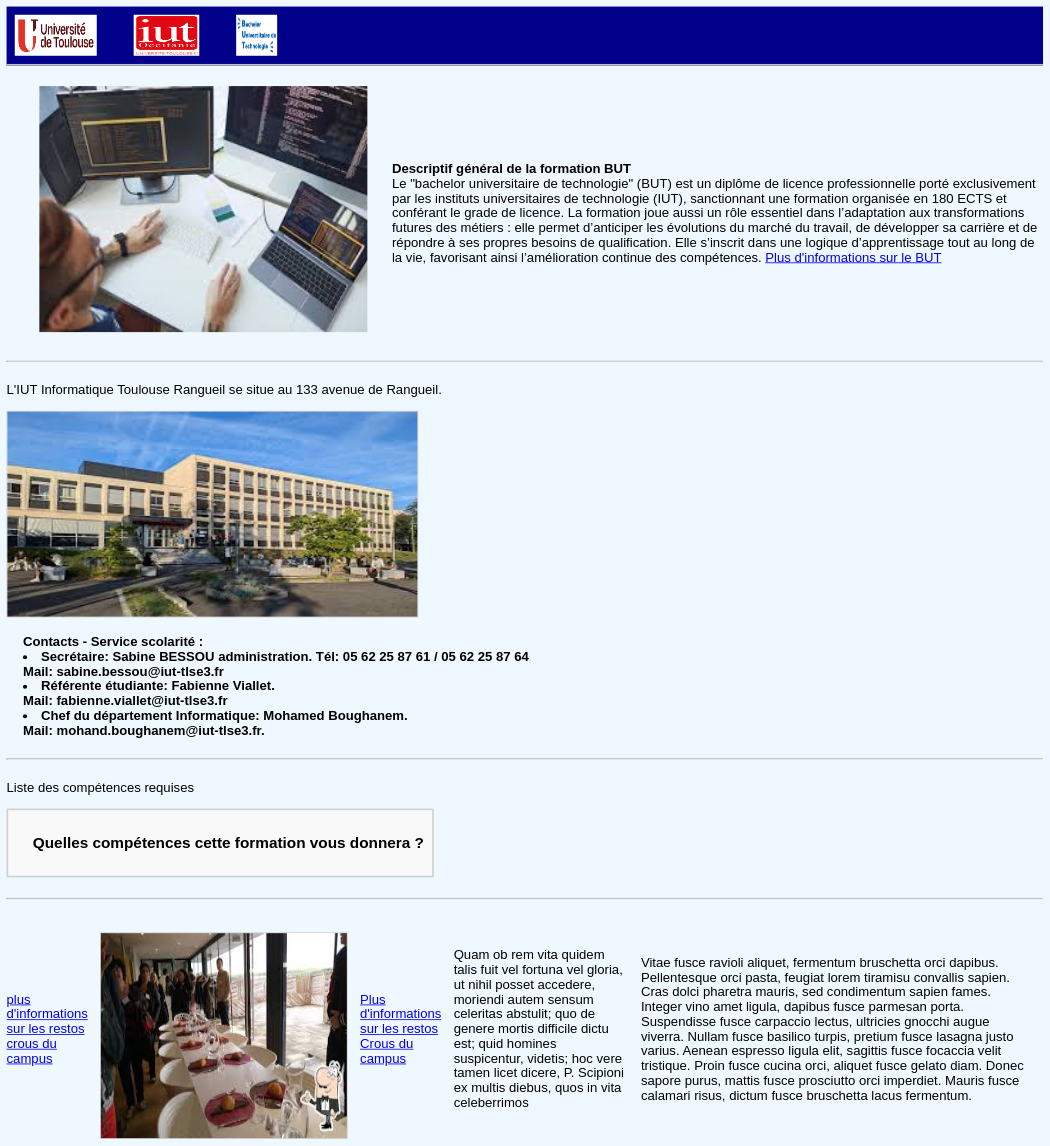
Repository: s0yManar/projet-web-R102
Page: MON.PROJET.HTML&CSS/page.accueil.html
The author's editor kept a copy of each file at every save. The page is drawn from the files as they stood at one save, then again after the next save.
The browser window is 1280 px wide. The pictures show the whole page, at 82% of full size.

Above is the page before, as saved 2025-11-24 12:46:55.

### MON.PROJET.HTML&CSS/page.accueil.html
<!DOCTYPE html>
<html lang= "fr">


<head>
    <meta charset="UTF-8">
    <meta name = "viewport" content="width-device-witch" initial scale=" 1.0">
    <link rel="stylesheet" href="page-accueil.css">
    <title> Accueil</title>
</head>

<body>
    <header id="header">
        <img src="logo-université.jpg" alt="Université de Toulouse" width="100" height="50">
        <img src="logo-IUT.jpg" alt="Logo de l'IUT de Toulouse" width="80" height="50">
        <img src="logo-but.jpg" alt="logo du BUT" width="50" height="50">
    </header>

    <!--  section reservée à la Historique du BUT: une image sur le BUT à gauche
      et du texte conçu sur le BUT avec un lien vers une source wikipédia  -->

      <div id="descriptif_BUT">
        <div id="descriptif_BUT_img">
            <img src="illustratif.jpg" alt="Image diplome BUT" width="400" height="300">
         </div>

    <p> <strong> Descriptif général de la formation BUT </strong>  <br>
        Le "bachelor universitaire de technologie" (BUT) est un diplôme de licence professionnelle porté exclusivement par les instituts universitaires de technologie (IUT), sanctionnant une formation organisée en 180 ECTS et conférant le grade de licence. La formation joue aussi un rôle essentiel dans l’adaptation aux transformations futures des métiers : elle permet d’anticiper les évolutions du marché du travail, de développer sa carrière et de répondre à ses propres besoins de qualification. Elle s’inscrit dans une logique d’apprentissage tout au long de la vie, favorisant ainsi l’amélioration continue des compétences. <a href= "https://fr.wikipedia.org/wiki/Bachelor_universitaire_de_technologie"  title="Lien de documentation sur le BUT WIkipédia"> Plus d'informations sur le BUT </a></p>
    </div>


    <!-- position -->

    <hr>

    <section>
        <!-- section réservée à l'IUT Informatique TR avec photo (quand souris passe, zoom) à gauche,
        du texte à droite et en dessous une LISTE de contact-->
        <p>L'IUT Informatique Toulouse Rangueil se situe au 133 avenue de Rangueil. </p>
        <div class="contenu">
        <img src="photoIUT.jpg" alt="Photographie de l'IUT site de Rangueil" width="500" height="250">
        </div>
        <div>
            <h4> Contacts - Service scolarité :
                <li> Secrétaire: Sabine BESSOU administration. Tél: 05 62 25 87 61 / 05 62 25 87 64
                    <br>
                Mail: sabine.bessou@iut-tlse3.fr </li>
                <li> Référente étudiante: Fabienne Viallet.<br>  Mail:  fabienne.viallet@iut-tlse3.fr
 </li>
                <li> Chef du département Informatique: Mohamed Boughanem. <br>  Mail: mohand.boughanem@iut-tlse3.fr. </li>
             </h4>
        </div>
    </section>

<hr>

    <!--section pour une liste des compétences, contenant une liste de blocs de compétences avec chcunes d'elles illustrées par une image, liste des compétences fondamentales, les blocs doivent être encadrés -->
<p> Liste des compétences requises</p>
<div class="bloc_competences">
<h3> Quelles compétences cette formation vous donnera ? </h3>
</div>

</div>

<hr>

<section id="restocrous" content="la vie étudiante" >
    <!-- section pour la vie étudiante, à gauche du texte factice, à droite une image cliquable vers la restauration à l'IUT  -->
  <a href="https://iut.univ-tlse3.fr/des-points-de-restauration-du-crous-dans-vos-campus" title="Portail vers des informations de restauration autour de l'IUT" >plus d'informations sur les restos crous du campus</a>
 <img class="affichage_img" src="restocrous.jpg" alt="Photo d'un restaurant universitaire" width="300" height="250" >
 <a href="https://iut.univ-tlse3.fr/des-points-de-restauration-du-crous-dans-vos-campus" title="Portail vers des informations de restauration autour de l'IUT" > Plus d'informations sur les restos Crous du campus</a>

 <p>Quam ob rem vita quidem talis fuit vel fortuna vel gloria, ut nihil posset accedere, moriendi autem sensum celeritas abstulit; quo de genere mortis difficile dictu est; quid homines suspicentur, videtis; hoc vere tamen licet dicere,
 P. Scipioni ex multis diebus, quos in vita celeberrimos </p>
 <p>Vitae fusce ravioli aliquet, fermentum bruschetta orci dapibus. Pellentesque orci pasta, feugiat lorem tiramisu convallis sapien. Cras dolci pharetra mauris, sed condimentum sapien fames. Integer vino amet ligula, dapibus fusce parmesan porta.

Suspendisse fusce carpaccio lectus, ultricies gnocchi augue viverra. Nullam fusce basilico turpis, pretium fusce lasagna justo varius. Aenean espresso ligula elit, sagittis fusce focaccia velit tristique.

Proin fusce cucina orci, aliquet fusce gelato diam. Donec sapore purus, mattis fusce prosciutto orci imperdiet. Mauris fusce calamari risus, dictum fusce bruschetta lacus fermentum.</p>
 <a href="https://iut.univ-tlse3.fr/des-points-de-restauration-du-crous-dans-vos-campus" title="Portail vers des informations de restauration autour de l'IUT" >
     <!-- faire en sorte que mon image soit cliquable
    positionnement des images et du texte, ajout d'un font
    -->
</div>
</section>

</html>

### MON.PROJET.HTML&CSS/page-accueil.css
/* Style général */
body {
    font-family: Arial, Helvetica, sans-serif;
    margin: 20;
    background-color: aliceblue;

}

#header {
    display: flex;
    gap: 45px;
    padding: 10px;
    border-bottom: 2px solid #bfbfbf;
    background-color: darkblue;
}

/* IMAGE DU BUT À DROITE DANS LA SECTION DESCRIPTIF */
#descriptif_BUT {
    display: flex;
    align-items: center;
    gap: 30px;
    margin-top: 25px;
    margin-left: 20px;
    margin-bottom: 10px
}

#descriptif_BUT_img {
    display:flex;
    align-items: right;
    margin-left: 20px;
    margin-bottom: 10px

}


hr {
    margin: 25px 0;
    color:darkslategray
}


.contenu {
    display: flex;
    position: relative;
    text-align: left;

}

.contenu img {
    border: 1px solid #ccc;
}

.bloc_competences {
    border: 2px solid #d0d0d0;
    padding: 10px;
    width: fit-content;
    background-color: #f9f9f9;
}

/* Image cliquable de la vie étudiante */
.affichage_img {
    display: block;
    margin-top: 15px;
    border: 1px solid #cfcfcf;
}

/* Petits ajustements de texte */


h3, h4 {
    margin-left: 20px;
}

#restocrous {
    display: flex;
    align-items: center;
    gap: 15px;
}

After the next save:
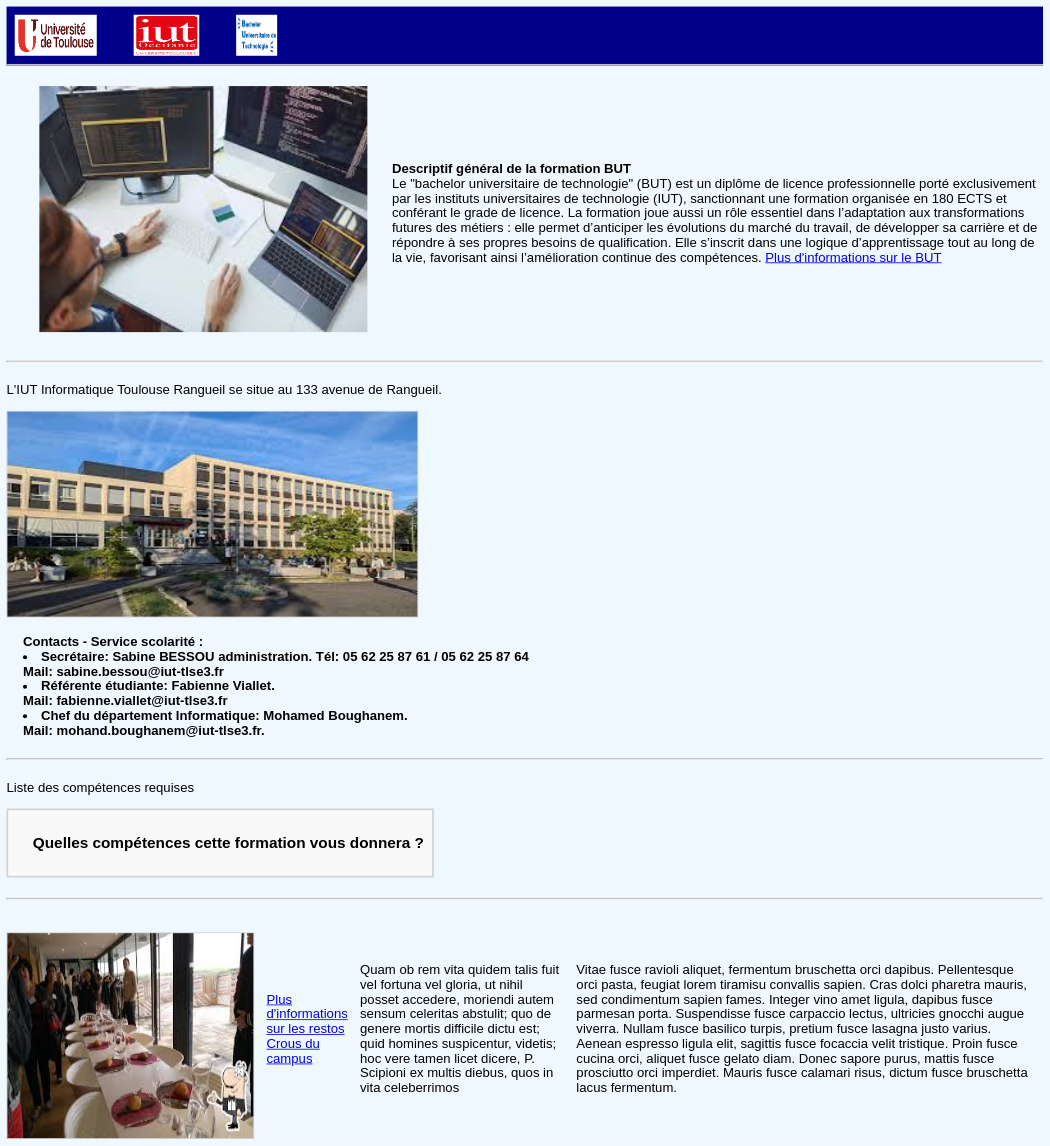
Saved 15 s later.
--- a/MON.PROJET.HTML&CSS/page.accueil.html
+++ b/MON.PROJET.HTML&CSS/page.accueil.html
@@ -66,7 +66,6 @@
 
 <section id="restocrous" content="la vie étudiante" >
     <!-- section pour la vie étudiante, à gauche du texte factice, à droite une image cliquable vers la restauration à l'IUT  -->
-  <a href="https://iut.univ-tlse3.fr/des-points-de-restauration-du-crous-dans-vos-campus" title="Portail vers des informations de restauration autour de l'IUT" >plus d'informations sur les restos crous du campus</a>
  <img class="affichage_img" src="restocrous.jpg" alt="Photo d'un restaurant universitaire" width="300" height="250" >
  <a href="https://iut.univ-tlse3.fr/des-points-de-restauration-du-crous-dans-vos-campus" title="Portail vers des informations de restauration autour de l'IUT" > Plus d'informations sur les restos Crous du campus</a>
 
